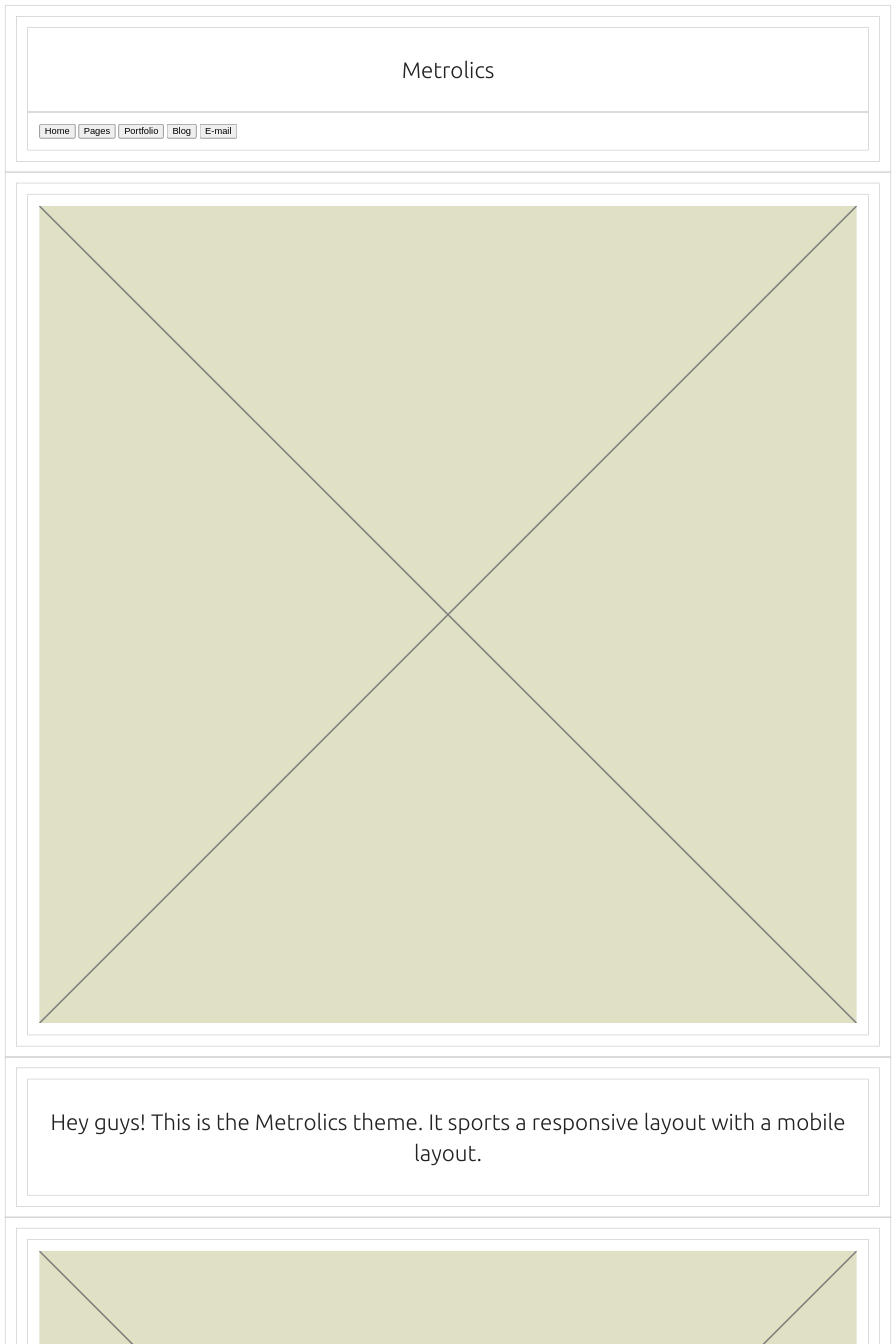
Repository: lpcmendoza/LAB02BF_Group9
Page: index.html
These files come from the project's save history. The page is drawn as it stood at one moment and after the next save; the edit follows.
The browser window is 1280 px wide. The pictures show the part of the page from y = 0 to 1920 px (the page is 29865 px tall before and 21428 px after), at 70% of full size.

Above is the page before, as saved 2024-02-11 22:30:45.

### index.html
<!doctype html>
<html class="no-js" lang="en">

<head>
  <meta charset="utf-8">
  <meta name="viewport" content="width=device-width, initial-scale=1">
  <title>Metrolics</title>
  <link rel="stylesheet" href="css/style.css">
  <meta name="description" content="Group Blog">

  <meta property="og:title" content="Metrolics">
  <meta property="og:type" content="website">
  <meta property="og:url" content="">
  <meta property="og:image" content="">

  <link rel="icon" href="/favicon.ico" sizes="any">
  <link rel="icon" href="/icon.svg" type="image/svg+xml">
  <link rel="apple-touch-icon" href="icon.png">
  <link rel="preconnect" href="https://fonts.googleapis.com">
  <link rel="preconnect" href="https://fonts.gstatic.com" crossorigin>
  <link href="https://fonts.googleapis.com/css2?family=Ubuntu:ital,wght@0,300;0,400;0,500;1,300&display=swap" rel="stylesheet">
  <link rel="preconnect" href="https://fonts.googleapis.com">
  <link rel="preconnect" href="https://fonts.gstatic.com" crossorigin>
  <link href="https://fonts.googleapis.com/css2?family=Open+Sans:wght@400;700&display=swap" rel="stylesheet">

  <link rel="manifest" href="site.webmanifest">
  <meta name="theme-color" content="#fafafa">
</head>

<body>

  <header class="page-header page-header-home">
    <div class="inner-container">
      <div class="content-container">
        <h1>Metrolics</h1>
      </div>
      <div class="content-container">
        <button class="navigation-button">Home</button>
        <button class="navigation-button">Pages</button>
        <button class="navigation-button">Portfolio</button>
        <button class="navigation-button">Blog</button>
        <button class="navigation-button">E-mail</button>
      </div>
    </div>
  </header>

  <div class="section section-image">
    <div class="inner-container">
      <div class="content-container">
        <img src="img/placeholder.svg" alt="placeholder image">
      </div>
    </div>
  </div>

  <div class="section section-title">
    <div class="inner-container">
      <div class="content-container">
        <h1>Hey guys! This is the Metrolics theme. It sports a responsive layout with a mobile layout.</h1>
      </div>
    </div>
  </div>

  <div class="section section-ourthings">
    <div class="inner-container">
      <div class="content-container">
        <img src="img/placeholder.svg" alt="placeholder image">
        <h2>Things that we do</h2>
      </div>
      <div class="content-container">
        <img src="img/placeholder.svg" alt="placeholder image">
        <h3>Web Solutions</h3>
      </div>
      <div class="content-container">
        <img src="img/placeholder.svg" alt="placeholder image">
        <h3>Photography</h3>
      </div>
      <div class="content-container">
        <img src="img/placeholder.svg" alt="placeholder image">
        <h3>Web Development</h3>
      </div>
      <div class="content-container">
        <img src="img/placeholder.svg" alt="placeholder image">
        <h3>Web Design</h3>
      </div>
    </div>
  </div>

  <div class="section section-news">
    <div class="inner-container">
      <div class="content-container">
        <h2>What's up lately?</h2>
      </div>
      <div class="content-container">
        <img src="img/placeholder.svg" alt="placeholder image">
      </div>
      <div class="content-container">
        <img src="img/placeholder.svg" alt="placeholder image">
      </div>
      <div class="content-container">
        <img src="img/placeholder.svg" alt="placeholder image">
      </div>
    </div>
  </div>

  <div class="section section-projects">
    <div class="inner-container">
      <div class="content-container">
        <h2>Our latest projects</h2>
      </div>
      <div class="content-container">
        <img src="img/placeholder.svg" alt="placeholder image">
      </div>
      <div class="content-container">
        <img src="img/placeholder.svg" alt="placeholder image">
      </div>
      <div class="content-container">
        <img src="img/placeholder.svg" alt="placeholder image">
      </div>
      <div class="content-container">
        <img src="img/placeholder.svg" alt="placeholder image">
      </div>
      <div class="content-container">
        <img src="img/placeholder.svg" alt="placeholder image">
      </div>
      <div class="content-container">
        <img src="img/placeholder.svg" alt="placeholder image">
      </div>
    </div>
  </div>

  <div class="section section-things">
    <div class="inner-container">
      <div class="content-container">
        <h2>Things of above</h2>
      </div>
      <div class="content-container">
        <p>content</p>
      </div>
      <div class="content-container">
        <p>content</p>
      </div>
    </div>
  </div>

  <div class="section section-clients">
    <div class="inner-container">
      <div class="content-container">
        <p>client</p>
      </div>
      <div class="content-container">
        <p>client</p>
      </div>
      <div class="content-container">
        <p>client</p>
      </div>
      <div class="content-container">
        <p>client</p>
      </div>
      <div class="content-container">
        <p>client</p>
      </div>
    </div>
  </div>

  <script src="js/app.js"></script>

</body>
<footer>
  <div class="page-footer page-footer-home">
    <div class="inner-container">
      <div class="content-container content-container-description">
        <img src="/img/peewee.png" class="img-peewee">
        <h2 class="description-header">Peewee Herman</h2>
        <p class="description-text">Peewee has over 10 years experience in the industry. He is our Creative Director, digital designer, web designer and front-end developer. He is also pretty good with a sketchbook. Before starting the company Peewee worked as a designer and studio manager for a design house who boasted a number of big name clients.</p>
      </div>
      <div class="content-container content-container-social-icons">
        <img src="/img/btn-facebook.png" class="btn-icons">
        <img src="/img/btn-google+.png" class="btn-icons">
        <img src="/img/btn-twitter.png" class="btn-icons">
        <img src="/img/btn-instagram.png" class="btn-icons">
        <img src="/img/btn-rss.png" class="btn-icons">
      </div>
      <div class="content-container content-container-tweets-header">
        <h3 class="tweet-header">Recent Tweets</h3>
      </div>
      <div class="content-container content-container-tweets">
          <img src="/img/icon-tweet.png" class="tweet-icon">
          <p class="tweet-text"><a class="tweet-link">@Minions</a> - ipsum potatoooo potatoooo uuuhhh. <br>
            Chasy poulet tikka masala jiji wiiiii hahaha po kass. </p>
      </div>
      <div class="content-container content-container-tweets">
        <img src="/img/icon-tweet.png" class="tweet-icon">
          <p class="tweet-text"><a class="tweet-link">@Minions</a> - ipsum potatoooo potatoooo uuuhhh. <br>
            Chasy poulet tikka masala jiji wiiiii hahaha po kass. </p>
      </div>
      <div class="bottom-border">

      </div>
    </div>
  </div>
</footer>

</html>

### css/style.css
/* ==========================================================================
    [Table of contents]

    1. BASE
        1.1 Page Rendering Defaults
        1.2 Core Styling
        1.3 Typography
    2. LAYOUT
        2.1 Core Layout
        2.2 Small only
        2.3 medium and up
        2.4 Medium only
        2.5 large screens and up
        2.6 Large only
    3. MODULES
    4. STATES
    5. THEME
    6. UTILITY classes
    7. PRINT

    refer to http://smacss.com/
    ========================================================================== */


/* ==========================================================================
   BASE
   ========================================================================== */


/* 1.1 Page Rendering Defaults */

html {
  color: #222;
  font-size: 1em;
  line-height: 1.4;
}

/*
* Remove text-shadow in selection highlight:
* https://twitter.com/miketaylr/status/12228805301
*
* Customize the background color to match your design.
*/

::-moz-selection {
background: #b3d4fc;
text-shadow: none;
}

::selection {
background: #b3d4fc;
text-shadow: none;
}

/*
* A better looking default horizontal rule
*/

hr {
display: block;
height: 1px;
border: 0;
border-top: 1px solid #ccc;
margin: 1em 0;
padding: 0;
}

/*
* Remove the gap between audio, canvas, iframes,
* images, videos and the bottom of their containers:
* https://github.com/h5bp/html5-boilerplate/issues/440
*/

audio,
canvas,
iframe,
img,
svg,
video {
vertical-align: middle;
}

/*
* Remove default fieldset styles.
*/

fieldset {
border: 0;
margin: 0;
padding: 0;
}

/*
* Allow only vertical resizing of textareas.
*/

textarea {
resize: vertical;
}

/* 1.2 Core Styling */

/* refer to https://css-tricks.com/box-sizing/ */
*,
*:before,
*:after {
  box-sizing: border-box;
}

img {
  width: 100%;
}


/* 1.3 Typgraphy */

h1,
h2,
h3,
h4,
h5,
h6 {
  font-family: Ubuntu, sans-serif;
  font-weight: 300;
  text-align: center;
}

p {
  font-family: 'Open Sans', Arial, Helvetica, sans-serif;
}


/* ==========================================================================
 2. LAYOUT
 ========================================================================== */


/* Helper to display empty layout containers*/

div,
main,
section,
footer,
header {
  outline: 1px solid #ccc;
  min-height: 1rem;
  padding: 1rem;
}


/* 2.1 Core layout */

.row {
  display: grid;
  row-gap: 1rem;
}

.col {
  position: relative;
  background-color: rgb(242, 230, 177);
}


/* ==========================================================================
 EXAMPLE Media Queries for Responsive Design.
 These examples override the primary ('mobile first') styles.
 Modify as content requires.
 Taken from https://get.foundation/sites/docs-v5/media-queries.html
 (the latest version is adjusted and no longer matches the ones used below)
 ========================================================================== */


/* 2.2 Small only */

@media screen and (max-width: 39.9375em) {
  .s-hide {
      display: none;
  }

  .what-we-do-container-header {
    align-content: center;
    text-align: center;
  }

  .icons {
      max-width: 5em;
      max-height: 5em;
      float: left;
      margin-right: 1em;
  }

  h3 {
      text-align: left;
      margin: 0;
      font-weight: bold;
  }

  .what-we-do-container-body {
      text-align: left;
  }

  .what-we-do-container-body p {
    margin-left: 6em;
}
}


/* 2.3 medium and up */

@media screen and (min-width: 40em) {
  .row {
      max-width: 70rem;
      column-gap: 1.5rem;
      row-gap: 1.5rem;
      margin: 0 auto;
  }
  .grid {
      display: grid;
      column-gap: 0.5rem;
      row-gap: 0.5rem;
  }
  .m-col-2 {
      grid-template-columns: 1fr 1fr;
  }
  .m-col-3 {
      grid-template-columns: repeat(3, 1fr);
  }
  .m-col-4 {
      grid-template-columns: repeat(4, 1fr);
  }
  .m-col-5 {
      grid-template-columns: repeat(5, 1fr);
  }
  .m-1-2 {
      grid-template-columns: 1fr 2fr;
  }

  .what-we-do-content {
    display: grid;
    grid-template-columns: 1fr 1fr;
    grid-gap: 1rem;
  }

  .icons {
    max-width: 10em;
    max-height: 10em;
    display: block;
    margin-left: auto;
    margin-right: auto;
    width: 50%;
}

  .what-we-do-container-header {
    align-content: center;
    text-align: center;
  }


  .what-we-do-container-body p {
    text-align: center;
  }

  .what-we-do-container-body h3 {
    text-align: center;
    font-weight: bold;
  }

}


/* 2.4 Medium only */

@media screen and (min-width: 40em) and (max-width: 63.9375em) {
  .m-row-span {
      grid-column-start: 1;
      grid-column-end: -1;
  }
  .m-hide {
      display: none;
  }
}


/* 2.5 large screens and up 2.6 Large only */

@media screen and (min-width: 64em) {
  .l-col-2 {
      grid-template-columns: 1fr 1fr;
  }
  .l-col-3 {
      grid-template-columns: repeat(3, 1fr);
  }
  .l-col-4 {
      grid-template-columns: repeat(4, 1fr);
  }
  .l-col-5 {
      grid-template-columns: repeat(5, 1fr);
  }
  .l-col-6 {
      grid-template-columns: repeat(6, 1fr);
  }
  .l-row-span {
      grid-column-start: 1;
      grid-column-end: -1;
  }
  .l-hide {
      display: none;
  }


  .what-we-do-content {
    display: grid;
    grid-template-columns: 1fr 1fr 1fr 1fr;
    grid-gap: 1rem;
  }

  .icons {
    max-width: 10em;
    max-height: 10em;
    display: block;
    margin-left: auto;
    margin-right: auto;
    width: 50%;
}

  .what-we-do-container-header {
    align-content: center;
    text-align: center;
  }


  .what-we-do-container-body p {
    text-align: center;
  }

  .what-we-do-container-body h3 {
    text-align: center;
    font-weight: bold;
  }

}


/* ==========================================================================
 2. MODULES
 ========================================================================== */


/* ==========================================================================
 2. STATES
 ========================================================================== */


/* ==========================================================================
 2. THEME
 ========================================================================== */


/* ==========================================================================
 6. UTILITY classes
 ========================================================================== */
/*
* Hide visually and from screen readers
*/

.hidden,
[hidden] {
display: none !important;
}

/*
* Hide only visually, but have it available for screen readers:
* https://snook.ca/archives/html_and_css/hiding-content-for-accessibility
*
* 1. For long content, line feeds are not interpreted as spaces and small width
*    causes content to wrap 1 word per line:
*    https://medium.com/@jessebeach/beware-smushed-off-screen-accessible-text-5952a4c2cbfe
*/

.visually-hidden {
border: 0;
clip: rect(0, 0, 0, 0);
height: 1px;
margin: -1px;
overflow: hidden;
padding: 0;
position: absolute;
white-space: nowrap;
width: 1px;
/* 1 */
}

/*
* Extends the .visually-hidden class to allow the element
* to be focusable when navigated to via the keyboard:
* https://www.drupal.org/node/897638
*/

.visually-hidden.focusable:active,
.visually-hidden.focusable:focus {
clip: auto;
height: auto;
margin: 0;
overflow: visible;
position: static;
white-space: inherit;
width: auto;
}

/*
* Hide visually and from screen readers, but maintain layout
*/

.invisible {
visibility: hidden;
}

/*
* Clearfix: contain floats
*
* The use of `table` rather than `block` is only necessary if using
* `::before` to contain the top-margins of child elements.
*/

.clearfix::before,
.clearfix::after {
content: "";
display: table;
}

.clearfix::after {
clear: both;
}

@media print,
(-webkit-min-device-pixel-ratio: 1.25),
(min-resolution: 1.25dppx),
(min-resolution: 120dpi) {
/* Style adjustments for high resolution devices */
}

/* ==========================================================================
 Print styles.
 Inlined to avoid the additional HTTP request:
 https://www.phpied.com/delay-loading-your-print-css/
 ========================================================================== */

@media print {
*,
*::before,
*::after {
  background: #fff !important;
  color: #000 !important;
  /* Black prints faster */
  box-shadow: none !important;
  text-shadow: none !important;
}

a,
a:visited {
  text-decoration: underline;
}

a[href]::after {
  content: " (" attr(href) ")";
}

abbr[title]::after {
  content: " (" attr(title) ")";
}

/*
 * Don't show links that are fragment identifiers,
 * or use the `javascript:` pseudo protocol
 */
a[href^="#"]::after,
a[href^="javascript:"]::after {
  content: "";
}

pre {
  white-space: pre-wrap !important;
}

pre,
blockquote {
  border: 1px solid #999;
  page-break-inside: avoid;
}

tr,
img {
  page-break-inside: avoid;
}

p,
h2,
h3 {
  orphans: 3;
  widows: 3;
}

h2,
h3 {
  page-break-after: avoid;
}
}

Loaded but not shown: js/app.js (no stored copy; drawn as an empty file)

After the next save:
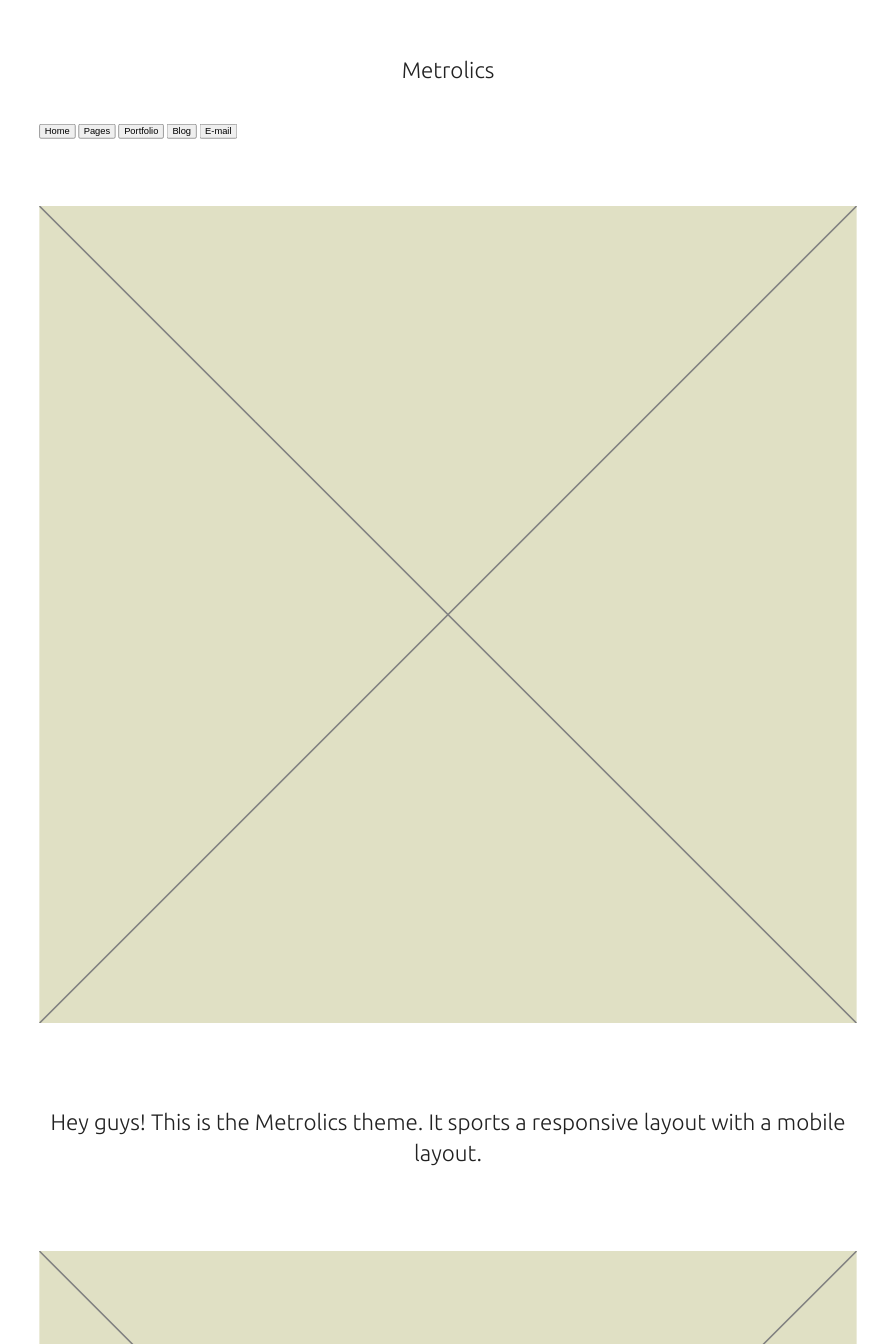
Saved 7 min 12 s later.
--- a/css/style.css
+++ b/css/style.css
@@ -111,6 +111,100 @@
   width: 100%;
 }
 
+.img-peewee {
+  grid-column-start: 1;
+  grid-column-end: 2;
+  vertical-align: center;
+}
+
+.content-container-description {
+  display: grid;
+  grid-template-columns: repeat(2, 1fr);
+  grid-template-rows: 1fr;
+  column-gap: 1em;
+}
+
+.description-header {
+  grid-column-start: 2;
+  grid-column-end: 3;
+  color: #fff;
+  text-align: left;
+  font-family: 'Ubuntu', sans-serif;
+  font-size: 12pt;
+}
+
+.description-text {
+  color: #fff;
+  font-size: 8pt;
+  font-family: 'Ubuntu', sans-serif;
+  font-style: italic;
+  font-weight: light;
+  grid-column-start: 2;
+  grid-column-end: 3;
+  margin-top: -8em;
+  overflow: hidden;
+  -webkit-box-orient: vertical;
+ -webkit-line-clamp: 10;
+ display: -webkit-box;
+}
+
+.content-container-social-icons {
+  display: flex;
+  justify-content: center;
+  gap: 3pt;
+}
+
+.btn-icons {
+  width: 20%;
+  height: 20%;
+}
+
+.content-container-tweets-header {
+  border-bottom: #de6262 1px solid;
+  width: 75%;
+  padding: 0;
+  display: flex;
+  justify-content: left;
+}
+
+.tweet-header {
+  color: #fff;
+  font-family: 'Ubuntu', sans-serif;
+  font-size: 12pt;
+  margin-bottom: 0;
+}
+
+.content-container-tweets {
+  display: flex;
+  justify-content: left;
+  flex-direction: row;
+  padding: 0;
+  padding-top: 1em;
+  gap: 1em;
+}
+
+.tweet-icon {
+  width: 10%;
+  height: 10%;
+}
+
+.tweet-text {
+  color: #fff;
+  font-size: 8pt;
+  margin-top: 0;
+}
+
+.tweet-link {
+  color: #1bade6;
+  font-weight: bold;
+}
+
+.bottom-border {
+  width: 100%;
+  background-image: linear-gradient(90deg, rgba(22,36,47,1) 0%, rgba(22,36,47,1) 25%, rgba(37,195,137,1) 25%, rgba(37,195,137,1) 35%, rgba(255,185,1,1) 35%, rgba(255,185,1,1) 45%, rgba(222,98,98,1) 45%, rgba(222,98,98,1) 55%, rgba(22,145,189,1) 55%, rgba(22,145,189,1)  65%, rgba(22,107,162,1) 65%, rgba(22,107,162,1) 75%, rgba(22,36,47,1) 75%, rgba(22,36,47,1) 100%);
+  margin-bottom: -3em;
+  margin-top: 5em;
+}
 
 /* 1.3 Typgraphy */
 
@@ -142,7 +236,6 @@
 section,
 footer,
 header {
-  outline: 1px solid #ccc;
   min-height: 1rem;
   padding: 1rem;
 }
@@ -355,6 +448,9 @@
  2. THEME
  ========================================================================== */
 
+footer {
+  background-color: #16242f;
+}
 
 /* ==========================================================================
  6. UTILITY classes
